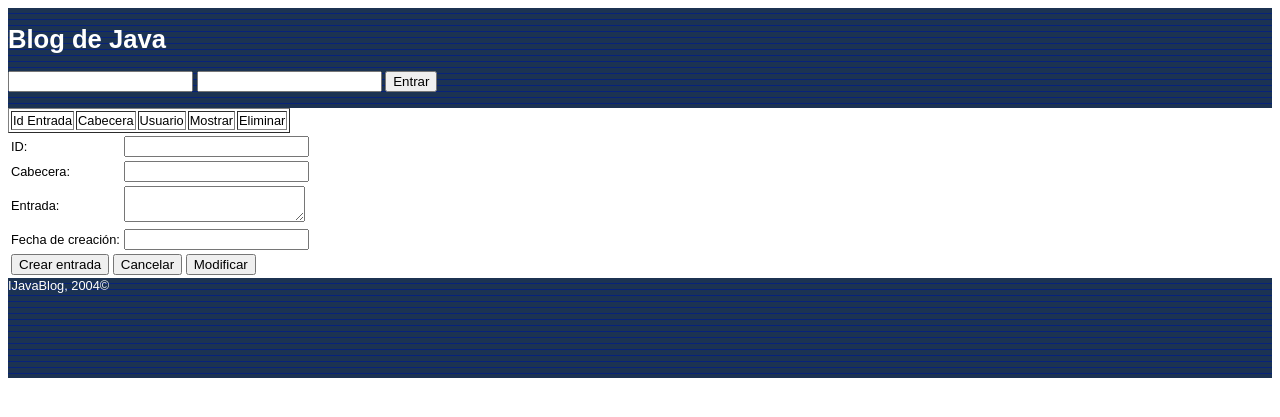
Repository: alruis/IJavaDreamBlog
Page: http://localhost/IJavaBlog/jsp/blog/inicio.jsp
The author's editor kept a copy of each file at every save. The page is drawn from the files as they stood at one save, then again after the next save.
The browser window is 1280 px wide. The pictures show the whole page.
The page is served by Tomcat 9. Nobody is signed in. The application's start-up code is not run. The template is opened directly, without the code that normally fills it, so the values that code supplies are empty.

Above is the page before, as saved 2014-09-26 11:38:08.
Console error: ReferenceError: init is not defined

After the next save:
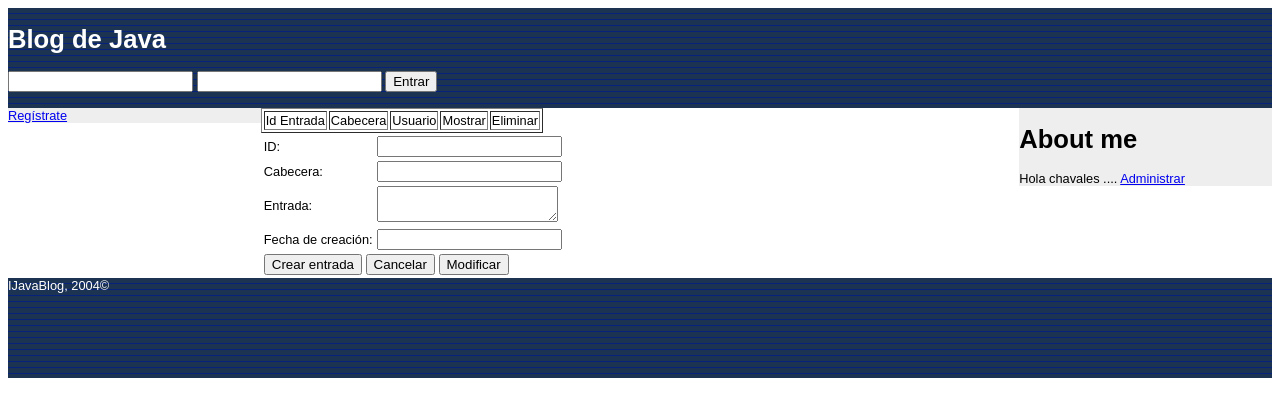
Saved 55 s later.
--- a/IJavaBlog/WebContent/jsp/blog/inicio.jsp
+++ b/IJavaBlog/WebContent/jsp/blog/inicio.jsp
@@ -43,7 +43,9 @@
 <body  onload="init()">
 
 
-	<div id="cabecera" class="cabecera"><%@ include file="cabecera.jsp" %></div>
+	<div id="cabecera" class="cabecera"><%@ include file="cabecera.jsp" %>
+</div>
+<div id="navegacion" class="navegacion"><%@ include file="navegacion.jsp" %></div>
 
 		<div id="errores">
 		<c:forEach var="e" items="${errores}">
@@ -52,7 +54,7 @@
 
 </div>
 
-	<div id="navegacion" class="navegacion"></div>
+
 
 	<div id="entradas" class="entradas" >
 		<table id="tablaEntradas" border="1">
@@ -131,12 +133,8 @@
 	</form:form>
 	</div> <!--  Cierre de div de entradas -->
 
-	<div id="enlaces" class="enlaces"></div>
-
-
-	<div class="pie">
-	<%@ include file="pie.jsp" %>
-	</div>
+<div  id="enlaces" class="enlaces"><%@ include file="enlaces.jsp" %></div>
+<div  id="pie" class="pie">	<%@ include file="pie.jsp" %></div>
 
 </body>
 </html>
